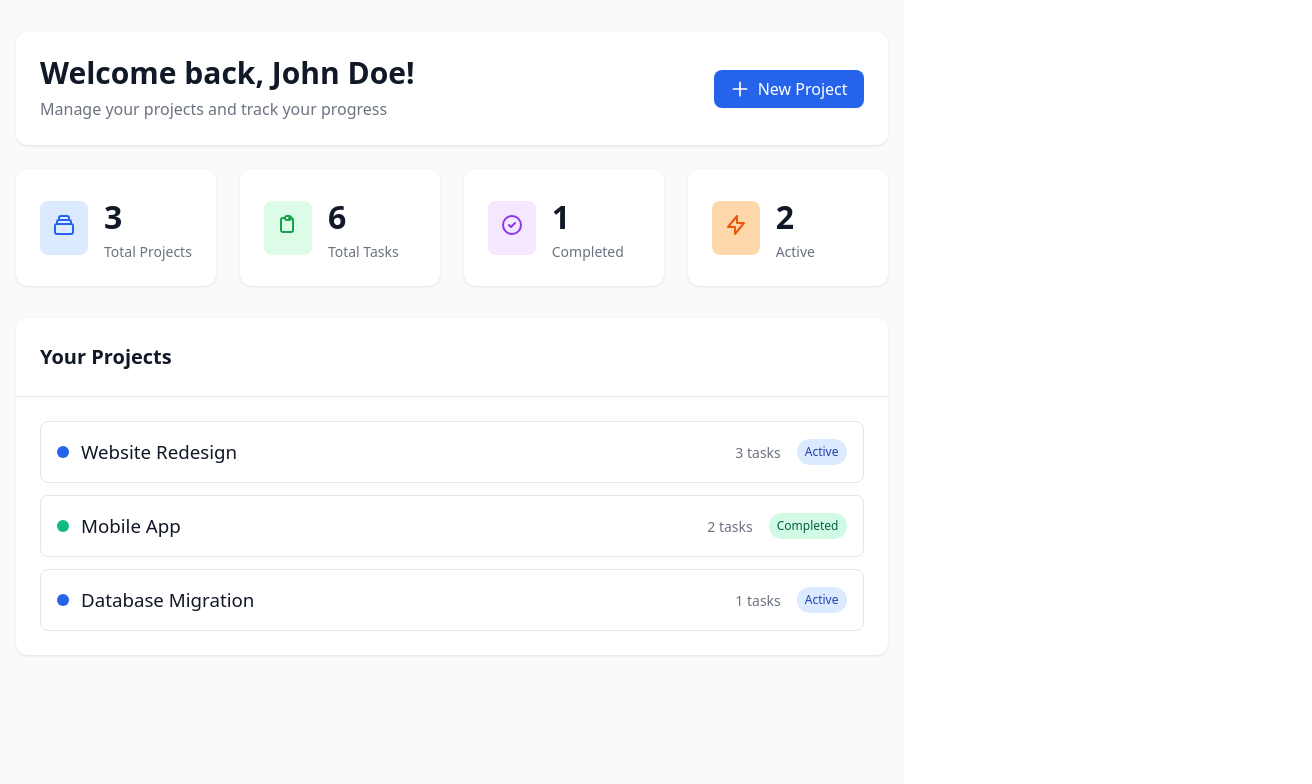
Repository: him021204/Task-Manager
Page: /dashboard (app in client/)
An editor plug-in stored every save of this project. The page is shown before and after the next save, followed by the edit.
The browser window is 1280 px wide. The page is 1280 px wide, then 1312 px, so the pictures cover 1312 px, including what lies to the right of the window. The pictures show the whole page.
The page's requests for data from a server got no answer. The project was rebuilt for these pictures with package versions that can differ from the ones it lists, and the page was loaded fresh each time. Some packages were replaced by stand-ins written for this rebuild. No one was signed in, and anything a server would have sent is missing. Also part of the build but not shown: client/vite.config.js, client/src/pages/Login.jsx, client/src/pages/Register.jsx, client/src/pages/Analytics.jsx, client/src/pages/CalendarView.jsx.

Above is the page before, as saved 2025-06-15 16:34:35.

### client/src/App.jsx
import { BrowserRouter as Router, Routes, Route } from 'react-router-dom';
import { SocketProvider } from './context/SocketContext';
import { AuthProvider } from './context/AuthContext';
import Home from './pages/Home';
import Dashboard from './pages/Dashboard';
import Login from './pages/Login';
import Register from './pages/Register';
import Analytics from './pages/Analytics';
import CalendarView from './pages/CalendarView';
import { ToastContainer } from 'react-toastify';
import 'react-toastify/dist/ReactToastify.css';

const App = () => {
  // You can also remove the dark state if not needed
  // const [dark, setDark] = useState(false);
  return (
    <div className="min-h-screen bg-gray-100 text-black">
      <AuthProvider>
        <SocketProvider>
          <Router>
            <main className="pt-12 px-2 max-w-7xl mx-auto">
              <Routes>
                <Route path="/" element={<Home />} />
                <Route path="/dashboard" element={<Dashboard />} />
                <Route path="/login" element={<Login />} />
                <Route path="/register" element={<Register />} />
                <Route path="/analytics" element={<Analytics />} />
                <Route path="/calendar" element={<CalendarView />} />
              </Routes>
            </main>
          </Router>
          <ToastContainer position="top-right" autoClose={3000} />
        </SocketProvider>
      </AuthProvider>
    </div>
  );
};

export default App;

### client/src/context/SocketContext.jsx
import { createContext, useContext, useEffect } from 'react';
import { socket } from '../utils/socket';

const SocketContext = createContext();

export const SocketProvider = ({ children }) => {
  useEffect(() => {
    return () => socket.disconnect();
  }, []);

  return (
    <SocketContext.Provider value={socket}>
      {children}
    </SocketContext.Provider>
  );
};

export const useSocket = () => useContext(SocketContext);

### client/src/context/AuthContext.jsx
import { createContext, useContext, useEffect, useState } from 'react';
import axios from 'axios';

export const AuthContext = createContext();

export const AuthProvider = ({ children }) => {
  const [user, setUser] = useState(null);
  const [token, setToken] = useState(localStorage.getItem('token'));

  useEffect(() => {
    if (token) {
      axios.defaults.headers.common['Authorization'] = `Bearer ${token}`;
      setUser(JSON.parse(localStorage.getItem('user')));
    }
  }, [token]);

  const login = (data) => {
    localStorage.setItem('token', data.token);
    localStorage.setItem('user', JSON.stringify(data.user));
    setUser(data.user);
    setToken(data.token);
  };

  const logout = () => {
    localStorage.clear();
    setUser(null);
    setToken(null);
  };

  return (
    <AuthContext.Provider value={{ user, login, logout }}>
      {children}
    </AuthContext.Provider>
  );
};

export const useAuth = () => useContext(AuthContext);

### client/src/pages/Dashboard.jsx
import { useEffect, useState, useCallback } from 'react';
import './Dashboard.css';
// import axios from 'axios';
// import { useAuth } from '../context/AuthContext';

// Mock data and functions for demonstration
const mockUser = { name: 'John Doe' };
const mockProjects = [
  { _id: '1', title: 'Website Redesign', status: 'Active', tasks: [1, 2, 3] },
  { _id: '2', title: 'Mobile App', status: 'Completed', tasks: [1, 2] },
  { _id: '3', title: 'Database Migration', status: 'Active', tasks: [1] }
];

const Dashboard = () => {
  // const { user } = useAuth();
  const user = mockUser; // Mock user for demo
  const [projects, setProjects] = useState(mockProjects);
  const [loading, setLoading] = useState(false);
  const [error, setError] = useState('');
  const [showCreate, setShowCreate] = useState(false);
  const [newProject, setNewProject] = useState('');
  const [createLoading, setCreateLoading] = useState(false);

  // Mock API calls
  const mockApiCall = (delay = 1000) =>
    new Promise(resolve => setTimeout(resolve, delay));

  const getAuthHeaders = useCallback(() => ({
    Authorization: `Bearer mock-token`,
  }), []);

  const fetchProjects = useCallback(async () => {
    if (!user) return;

    try {
      setLoading(true);
      setError('');
      await mockApiCall(500); // Simulate API call
      // In real app: const response = await axios.get(`${import.meta.env.VITE_API_BASE_URL}/projects`, { headers: getAuthHeaders() });
      // setProjects(response.data);
    } catch (err) {
      console.error('Failed to fetch projects:', err);
      setError('Failed to load projects. Please try again.');
    } finally {
      setLoading(false);
    }
  }, [user, getAuthHeaders]);

  useEffect(() => {
    fetchProjects();
  }, [fetchProjects]);

  const handleCreateProject = async (e) => {
    e.preventDefault();
    const trimmedProject = newProject.trim();

    if (!trimmedProject) {
      setError('Project name cannot be empty');
      return;
    }

    try {
      setCreateLoading(true);
      setError('');

      await mockApiCall(800); // Simulate API call

      // Mock new project creation
      const newProjectObj = {
        _id: Date.now().toString(),
        title: trimmedProject,
        status: 'Active',
        tasks: []
      };

      setProjects(prev => [newProjectObj, ...prev]);
      setNewProject('');
      setShowCreate(false);
    } catch (err) {
      console.error('Failed to create project:', err);
      setError('Failed to create project. Please try again.');
    } finally {
      setCreateLoading(false);
    }
  };

  const handleRetry = () => {
    fetchProjects();
  };

  const dismissError = () => {
    setError('');
  };

  const toggleCreateForm = () => {
    setShowCreate(prev => !prev);
    setNewProject('');
    setError('');
  };

  // Calculate stats
  const totalTasks = projects.reduce((acc, p) => acc + (p.tasks?.length || 0), 0);
  const completedProjects = projects.filter(p => p.status === 'Completed').length;
  const activeProjects = projects.length - completedProjects;

  if (!user) {
    return (
      <div className="auth-required">
        <div className="auth-card">
          <h1>Authentication Required</h1>
          <p>Please log in to access your dashboard.</p>
        </div>
      </div>
    );
  }

  return (
    <div className="dashboard">
      <div className="dashboard-container">

        {/* Header */}
        <div className="header-card">
          <div className="header-content">
            <div className="header-text">
              <h1>Welcome back, {user?.name}!</h1>
              <p>Manage your projects and track your progress</p>
            </div>
            <button
              onClick={toggleCreateForm}
              disabled={createLoading}
              className="new-project-btn"
              aria-label="Create new project"
            >
              <svg className="btn-icon" fill="none" stroke="currentColor" viewBox="0 0 24 24">
                <path strokeLinecap="round" strokeLinejoin="round" strokeWidth={2} d="M12 4v16m8-8H4" />
              </svg>
              {showCreate ? 'Cancel' : 'New Project'}
            </button>
          </div>
        </div>

        {/* Error Alert */}
        {error && (
          <div className="error-alert">
            <div className="error-content">
              <div className="error-message">
                <svg className="error-icon" fill="none" stroke="currentColor" viewBox="0 0 24 24">
                  <path strokeLinecap="round" strokeLinejoin="round" strokeWidth={2} d="M12 8v4m0 4h.01M21 12a9 9 0 11-18 0 9 9 0 0118 0z" />
                </svg>
                <p>{error}</p>
              </div>
              <div className="error-actions">
                <button onClick={handleRetry} className="retry-btn">Retry</button>
                <button onClick={dismissError} className="dismiss-btn" aria-label="Dismiss error">
                  <svg className="dismiss-icon" fill="none" stroke="currentColor" viewBox="0 0 24 24">
                    <path strokeLinecap="round" strokeLinejoin="round" strokeWidth={2} d="M6 18L18 6M6 6l12 12" />
                  </svg>
                </button>
              </div>
            </div>
          </div>
        )}

        {/* Stats Cards */}
        <div className="stats-grid">
          <div className="stat-card">
            <div className="stat-content">
              <div className="stat-icon blue">
                <svg fill="none" stroke="currentColor" viewBox="0 0 24 24">
                  <path strokeLinecap="round" strokeLinejoin="round" strokeWidth={2} d="M19 11H5m14 0a2 2 0 012 2v6a2 2 0 01-2 2H5a2 2 0 01-2-2v-6a2 2 0 012-2m14 0V9a2 2 0 00-2-2M5 11V9a2 2 0 012-2m0 0V5a2 2 0 012-2h6a2 2 0 012 2v2M7 7h10" />
                </svg>
              </div>
              <div className="stat-info">
                <h3>{projects.length}</h3>
                <p>Total Projects</p>
              </div>
            </div>
          </div>

          <div className="stat-card">
            <div className="stat-content">
              <div className="stat-icon green">
                <svg fill="none" stroke="currentColor" viewBox="0 0 24 24">
                  <path strokeLinecap="round" strokeLinejoin="round" strokeWidth={2} d="M9 5H7a2 2 0 00-2 2v10a2 2 0 002 2h8a2 2 0 002-2V7a2 2 0 00-2-2h-2M9 5a2 2 0 002 2h2a2 2 0 002-2M9 5a2 2 0 012-2h2a2 2 0 012 2" />
                </svg>
              </div>
              <div className="stat-info">
                <h3>{totalTasks}</h3>
                <p>Total Tasks</p>
              </div>
            </div>
          </div>

          <div className="stat-card">
            <div className="stat-content">
              <div className="stat-icon purple">
                <svg fill="none" stroke="currentColor" viewBox="0 0 24 24">
                  <path strokeLinecap="round" strokeLinejoin="round" strokeWidth={2} d="M9 12l2 2 4-4m6 2a9 9 0 11-18 0 9 9 0 0118 0z" />
                </svg>
              </div>
              <div className="stat-info">
                <h3>{completedProjects}</h3>
                <p>Completed</p>
              </div>
            </div>
          </div>

          <div className="stat-card">
            <div className="stat-content">
              <div className="stat-icon orange">
                <svg fill="none" stroke="currentColor" viewBox="0 0 24 24">
                  <path strokeLinecap="round" strokeLinejoin="round" strokeWidth={2} d="M13 10V3L4 14h7v7l9-11h-7z" />
                </svg>
              </div>
              <div className="stat-info">
                <h3>{activeProjects}</h3>
                <p>Active</p>
              </div>
            </div>
          </div>
        </div>

        {/* Create Project Form */}
        {showCreate && (
          <div className="create-form-card">
            <h3>Create New Project</h3>
            <div className="create-form">
              <input
                type="text"
                value={newProject}
                onChange={(e) => setNewProject(e.target.value)}
                placeholder="Enter project name"
                className="project-input"
                autoFocus
                disabled={createLoading}
                maxLength={100}
              />
              <button
                type="button"
                onClick={handleCreateProject}
                disabled={createLoading || !newProject.trim()}
                className="create-btn"
              >
                {createLoading ? 'Creating...' : 'Create'}
              </button>
            </div>
          </div>
        )}

        {/* Projects List */}
        <div className="projects-card">
          <div className="projects-header">
            <h2>Your Projects</h2>
          </div>

          <div className="projects-content">
            {loading ? (
              <div className="loading-state">
                <div className="spinner"></div>
                <span>Loading projects...</span>
              </div>
            ) : projects.length === 0 ? (
              <div className="empty-state">
                <svg className="empty-icon" fill="none" stroke="currentColor" viewBox="0 0 24 24">
                  <path strokeLinecap="round" strokeLinejoin="round" strokeWidth={1} d="M19 11H5m14 0a2 2 0 012 2v6a2 2 0 01-2 2H5a2 2 0 01-2-2v-6a2 2 0 012-2m14 0V9a2 2 0 00-2-2M5 11V9a2 2 0 012-2m0 0V5a2 2 0 012-2h6a2 2 0 012 2v2M7 7h10" />
                </svg>
                <h3>No projects yet</h3>
                <p>Get started by creating your first project</p>
                <button onClick={toggleCreateForm} className="empty-create-btn">
                  <svg className="btn-icon" fill="none" stroke="currentColor" viewBox="0 0 24 24">
                    <path strokeLinecap="round" strokeLinejoin="round" strokeWidth={2} d="M12 4v16m8-8H4" />
                  </svg>
                  Create Project
                </button>
              </div>
            ) : (
              <div className="projects-list">
                {projects.map((project) => (
                  <div key={project._id} className="project-item">
                    <div className="project-main">
                      <div className={`project-status ${project.status === 'Completed' ? 'completed' : 'active'}`}></div>
                      <h3>{project.title}</h3>
                    </div>
                    <div className="project-meta">
                      <span className="task-count">{project.tasks?.length || 0} tasks</span>
                      <span className={`status-badge ${project.status === 'Completed' ? 'completed' : 'active'}`}>
                        {project.status || 'Active'}
                      </span>
                    </div>
                  </div>
                ))}
              </div>
            )}
          </div>
        </div>
      </div>
    </div>
  );
};

export default Dashboard;

### client/src/pages/Dashboard.css
/* Dashboard Styles */
.dashboard {
  min-height: 100vh;
  max-width: 100vw;
  background-color: #f9fafb;
  padding: 2rem 1rem;
}

.dashboard-container {
  max-width: 96rem;
  max-width: 100vw;
  margin: 0 auto;
}

/* Header Card */
.header-card {
  background: white;
  border-radius: 0.75rem;
  box-shadow: 0 1px 3px 0 rgba(0, 0, 0, 0.1);
  padding: 1.5rem;
  margin-bottom: 1.5rem;
}

.header-content {
  display: flex;
  flex-direction: column;
  gap: 1rem;
}

.header-text h1 {
  font-size: 1.875rem;
  font-weight: 700;
  color: #111827;
  margin: 0 0 0.5rem 0;
}

.header-text p {
  color: #6b7280;
  margin: 0;
}

.new-project-btn {
  display: inline-flex;
  align-items: center;
  padding: 0.5rem 1rem;
  background-color: #2563eb;
  color: white;
  font-weight: 500;
  border: none;
  border-radius: 0.5rem;
  box-shadow: 0 1px 2px 0 rgba(0, 0, 0, 0.05);
  cursor: pointer;
  transition: background-color 0.2s;
  align-self: flex-start;
}

.new-project-btn:hover:not(:disabled) {
  background-color: #1d4ed8;
}

.new-project-btn:disabled {
  background-color: #9ca3af;
  cursor: not-allowed;
}

.btn-icon {
  width: 1.25rem;
  height: 1.25rem;
  margin-right: 0.5rem;
}

/* Error Alert */
.error-alert {
  background-color: #fef2f2;
  border: 1px solid #fecaca;
  border-radius: 0.5rem;
  padding: 1rem;
  margin-bottom: 1.5rem;
}

.error-content {
  display: flex;
  align-items: center;
  justify-content: space-between;
}

.error-message {
  display: flex;
  align-items: center;
}

.error-icon {
  width: 1.25rem;
  height: 1.25rem;
  color: #ef4444;
  margin-right: 0.75rem;
}

.error-message p {
  color: #dc2626;
  margin: 0;
}

.error-actions {
  display: flex;
  gap: 0.5rem;
}

.retry-btn {
  color: #dc2626;
  background: none;
  border: none;
  font-size: 0.875rem;
  font-weight: 500;
  cursor: pointer;
}

.retry-btn:hover {
  color: #b91c1c;
}

.dismiss-btn {
  color: #ef4444;
  background: none;
  border: none;
  cursor: pointer;
  padding: 0;
}

.dismiss-btn:hover {
  color: #dc2626;
}

.dismiss-icon {
  width: 1.25rem;
  height: 1.25rem;
}

/* Stats Grid */
.stats-grid {
  display: grid;
  grid-template-columns: repeat(auto-fit, minmax(250px, 1fr));
  gap: 1.5rem;
  margin-bottom: 2rem;
}

.stat-card {
  background: white;
  border-radius: 0.75rem;
  box-shadow: 0 1px 3px 0 rgba(0, 0, 0, 0.1);
  padding: 1.5rem;
}

.stat-content {
  display: flex;
  align-items: center;
}

.stat-icon {
  padding: 0.75rem;
  border-radius: 0.5rem;
  margin-right: 1rem;
}

.stat-icon svg {
  width: 1.5rem;
  height: 1.5rem;
}

.stat-icon.blue {
  background-color: #dbeafe;
  color: #2563eb;
}

.stat-icon.green {
  background-color: #dcfce7;
  color: #16a34a;
}

.stat-icon.purple {
  background-color: #f3e8ff;
  color: #9333ea;
}

.stat-icon.orange {
  background-color: #fed7aa;
  color: #ea580c;
}

.stat-info h3 {
  font-size: 2rem;
  font-weight: 700;
  color: #111827;
  margin: 0;
}

.stat-info p {
  color: #6b7280;
  font-size: 0.875rem;
  margin: 0;
}

/* Create Form */
.create-form-card {
  background: white;
  border-radius: 0.75rem;
  box-shadow: 0 1px 3px 0 rgba(0, 0, 0, 0.1);
  padding: 1.5rem;
  margin-bottom: 1.5rem;
}

.create-form-card h3 {
  font-size: 1.125rem;
  font-weight: 600;
  color: #111827;
  margin: 0 0 1rem 0;
}

.create-form {
  display: flex;
  gap: 0.75rem;
}

.project-input {
  flex: 1;
  padding: 0.5rem 1rem;
  border: 1px solid #d1d5db;
  border-radius: 0.5rem;
  background: white;
  font-size: 1rem;
  color: #111827;
}

.project-input:focus {
  outline: none;
  border-color: #2563eb;
  box-shadow: 0 0 0 3px rgba(37, 99, 235, 0.1);
}

.project-input:disabled {
  background-color: #f9fafb;
  color: #6b7280;
}

.create-btn {
  padding: 0.5rem 1.5rem;
  background-color: #2563eb;
  color: white;
  font-weight: 500;
  border: none;
  border-radius: 0.5rem;
  cursor: pointer;
  transition: background-color 0.2s;
}

.create-btn:hover:not(:disabled) {
  background-color: #1d4ed8;
}

.create-btn:disabled {
  background-color: #9ca3af;
  cursor: not-allowed;
}

/* Projects Card */
.projects-card {
  background: white;
  border-radius: 0.75rem;
  box-shadow: 0 1px 3px 0 rgba(0, 0, 0, 0.1);
}

.projects-header {
  padding: 1.5rem;
  border-bottom: 1px solid #e5e7eb;
}

.projects-header h2 {
  font-size: 1.25rem;
  font-weight: 600;
  color: #111827;
  margin: 0;
}

.projects-content {
  padding: 1.5rem;
}

/* Loading State */
.loading-state {
  display: flex;
  align-items: center;
  justify-content: center;
  padding: 3rem 0;
}

.spinner {
  width: 2rem;
  height: 2rem;
  border: 2px solid #e5e7eb;
  border-top: 2px solid #2563eb;
  border-radius: 50%;
  animation: spin 1s linear infinite;
  margin-right: 0.75rem;
}

@keyframes spin {
  to {
    transform: rotate(360deg);
  }
}

.loading-state span {
  color: #6b7280;
}

/* Empty State */
.empty-state {
  text-align: center;
  padding: 3rem 0;
}

.empty-icon {
  width: 4rem;
  height: 4rem;
  color: #9ca3af;
  margin: 0 auto 1rem;
}

.empty-state h3 {
  font-size: 1.125rem;
  font-weight: 500;
  color: #111827;
  margin: 0 0 0.5rem 0;
}

.empty-state p {
  color: #6b7280;
  margin: 0 0 1rem 0;
}

.empty-create-btn {
  display: inline-flex;
  align-items: center;
  padding: 0.5rem 1rem;
  background-color: #2563eb;
  color: white;
  font-weight: 500;
  border: none;
  border-radius: 0.5rem;
  cursor: pointer;
  transition: background-color 0.2s;
}

.empty-create-btn:hover {
  background-color: #1d4ed8;
}

/* Projects List */
.projects-list {
  display: flex;
  flex-direction: column;
  gap: 0.75rem;
}

.project-item {
  display: flex;
  align-items: center;
  justify-content: space-between;
  padding: 1rem;
  border: 1px solid #e5e7eb;
  border-radius: 0.5rem;
  transition: background-color 0.2s;
}

.project-item:hover {
  background-color: #f9fafb;
}

.project-main {
  display: flex;
  align-items: center;
  gap: 0.75rem;
}

.project-status {
  width: 0.75rem;
  height: 0.75rem;
  border-radius: 50%;
}

.project-status.completed {
  background-color: #10b981;
}

.project-status.active {
  background-color: #2563eb;
}

.project-main h3 {
  font-weight: 500;
  color: #111827;
  margin: 0;
}

.project-meta {
  display: flex;
  align-items: center;
  gap: 1rem;
  font-size: 0.875rem;
}

.task-count {
  color: #6b7280;
}

.status-badge {
  padding: 0.25rem 0.5rem;
  border-radius: 9999px;
  font-size: 0.75rem;
  font-weight: 500;
}

.status-badge.completed {
  background-color: #d1fae5;
  color: #065f46;
}

.status-badge.active {
  background-color: #dbeafe;
  color: #1e40af;
}

/* Auth Required */
.auth-required {
  min-height: 100vh;
  display: flex;
  align-items: center;
  justify-content: center;
  background-color: #f9fafb;
}

.auth-card {
  text-align: center;
  padding: 2rem;
  background: white;
  border-radius: 0.75rem;
  box-shadow: 0 4px 6px -1px rgba(0, 0, 0, 0.1);
}

.auth-card h1 {
  font-size: 1.5rem;
  font-weight: 700;
  color: #111827;
  margin: 0 0 1rem 0;
}

.auth-card p {
  color: #6b7280;
  margin: 0;
}

/* Dark Mode Support */
@media (prefers-color-scheme: dark) {
  .dashboard {
    background-color: #111827;
  }

  .header-card,
  .create-form-card,
  .projects-card,
  .stat-card {
    background-color: #1f2937;
  }

  .header-text h1,
  .create-form-card h3,
  .projects-header h2,
  .project-main h3,
  .stat-info h3,
  .empty-state h3 {
    color: white;
  }

  .header-text p,
  .stat-info p,
  .task-count,
  .loading-state span,
  .empty-state p {
    color: #9ca3af;
  }

  .project-input {
    background-color: #374151;
    border-color: #4b5563;
    color: white;
  }

  .project-input:focus {
    border-color: #3b82f6;
  }

  .project-item {
    border-color: #374151;
  }

  .project-item:hover {
    background-color: rgba(55, 65, 81, 0.5);
  }

  .stat-icon.blue {
    background-color: rgba(37, 99, 235, 0.2);
    color: #60a5fa;
  }

  .stat-icon.green {
    background-color: rgba(34, 197, 94, 0.2);
    color: #4ade80;
  }

  .stat-icon.purple {
    background-color: rgba(147, 51, 234, 0.2);
    color: #a855f7;
  }

  .stat-icon.orange {
    background-color: rgba(234, 88, 12, 0.2);
    color: #fb923c;
  }

  .status-badge.completed {
    background-color: rgba(34, 197, 94, 0.2);
    color: #4ade80;
  }

  .status-badge.active {
    background-color: rgba(37, 99, 235, 0.2);
    color: #60a5fa;
  }

  .auth-card {
    background-color: #1f2937;
  }

  .auth-card h1 {
    color: white;
  }

  .auth-card p {
    color: #9ca3af;
  }
}

/* Responsive Design */
@media (min-width: 640px) {
  .header-content {
    flex-direction: row;
    align-items: center;
    justify-content: space-between;
  }

  .header-text {
    margin-bottom: 0;
  }

  .new-project-btn {
    align-self: auto;
  }

  .create-form {
    gap: 1rem;
  }
}

@media (min-width: 768px) {
  .stats-grid {
    grid-template-columns: repeat(2, 1fr);
  }
}

@media (min-width: 1024px) {
  .stats-grid {
    grid-template-columns: repeat(4, 1fr);
  }
}

Loaded but not shown: client/index.html (common file); client/src/main.jsx (common file); client/src/index.css (common file); client/src/utils/socket.js (2 lines, source omitted); client/src/pages/Home.jsx (528 lines, source omitted)

After the next save:
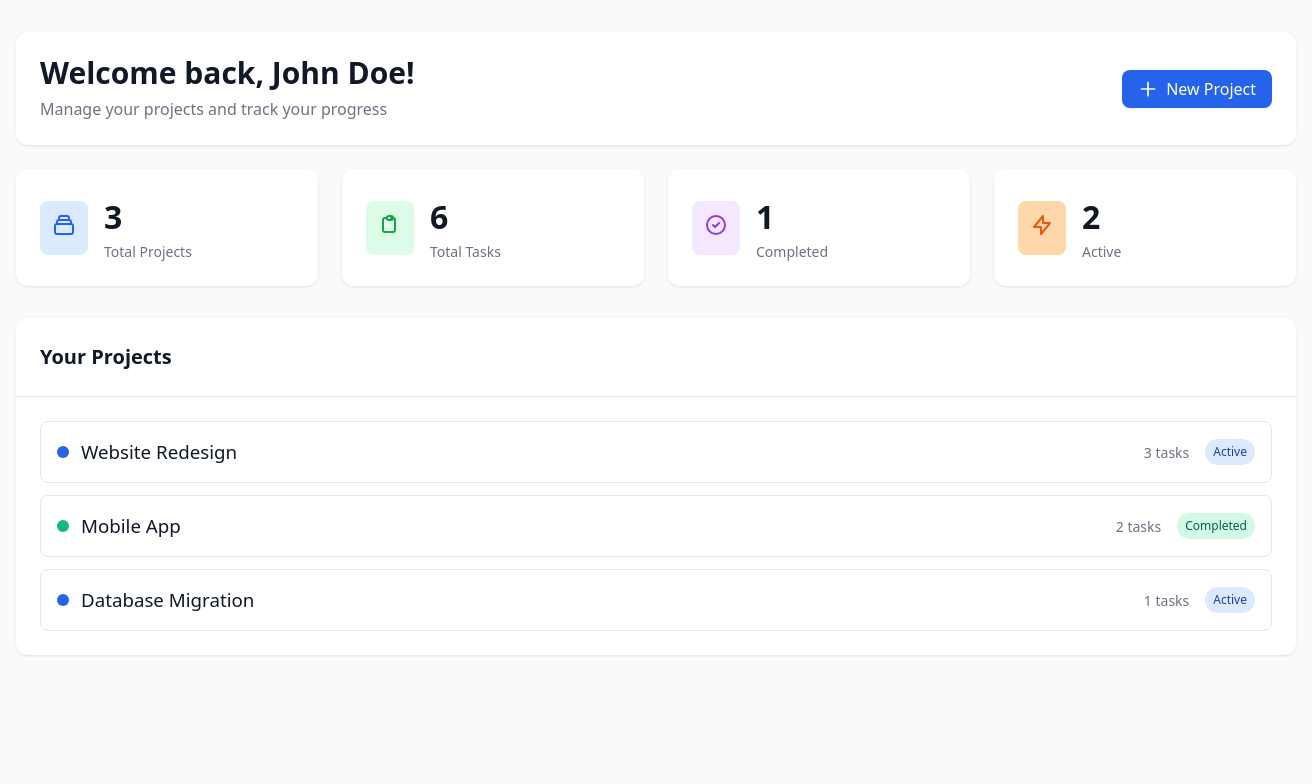
Saved 59 s later.
--- a/client/src/pages/Dashboard.css
+++ b/client/src/pages/Dashboard.css
@@ -1,14 +1,14 @@
 /* Dashboard Styles */
 .dashboard {
   min-height: 100vh;
-  max-width: 100vw;
+  width: 100vw;
   background-color: #f9fafb;
   padding: 2rem 1rem;
 }
 
 .dashboard-container {
   max-width: 96rem;
-  max-width: 100vw;
+  width: 100vw;
   margin: 0 auto;
 }
 
